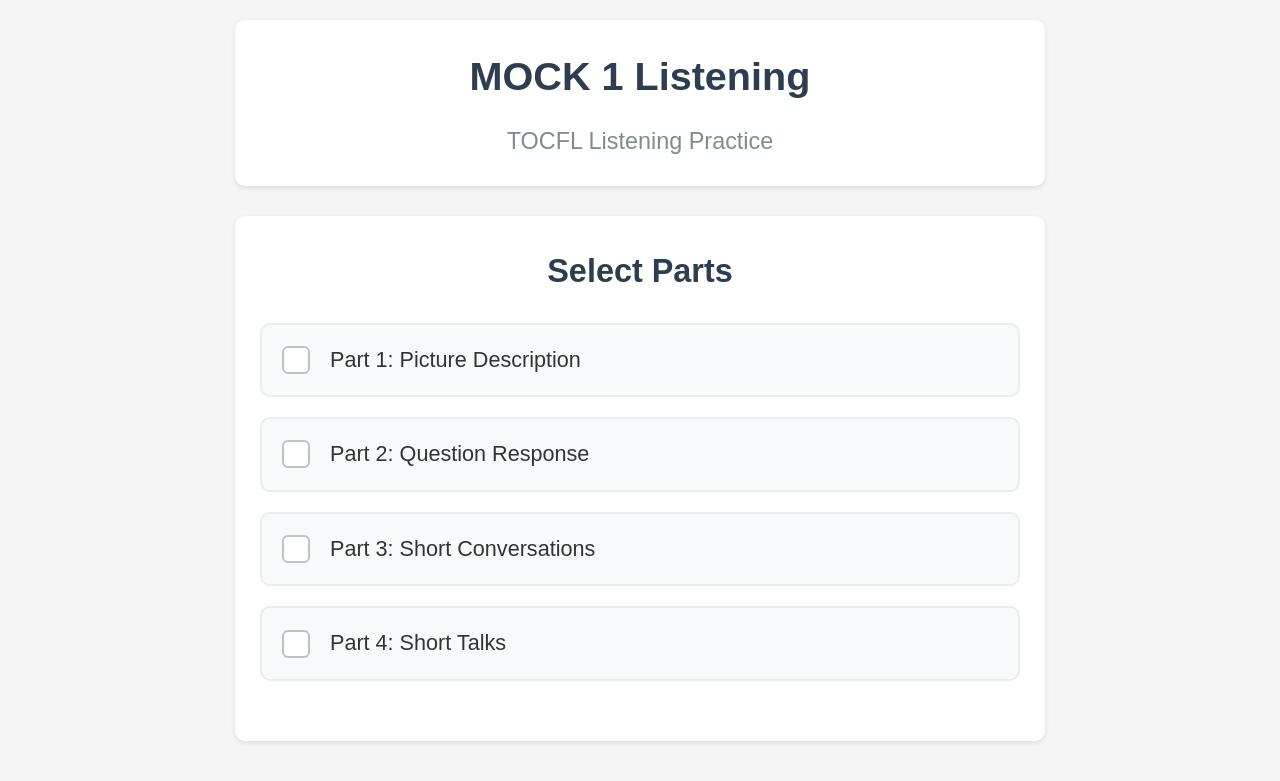
Repository: fangdongyzu/tocfl-mock1-listening
Page: index.html
These files come from the project's save history. The page is drawn as it stood at one moment and after the next save; the edit follows.
The browser window is 1280 px wide. The pictures show the whole page.

Above is the page before, as saved 2025-12-25 22:58:37.

### index.html
<!doctype html>
<html lang="zh-Hant">
<head>
  <meta charset="utf-8" />
  <meta name="viewport" content="width=device-width,initial-scale=1" />
  <title>TOCFL LISTENING MOCK 1</title>
  <link rel="stylesheet" href="styles.css" />
  <!-- React + ReactDOM -->
  <script crossorigin src="https://unpkg.com/react@18/umd/react.development.js"></script>
  <script crossorigin src="https://unpkg.com/react-dom@18/umd/react-dom.development.js"></script>
  <!-- Babel for JSX in the browser (for quick demo) -->
  <script src="https://unpkg.com/@babel/standalone/babel.min.js"></script>
</head>
<body>
  <div id="root"></div>

  <!-- Data, CSS and App scripts -->
  <script src="data.js"></script>
  <script type="text/babel" src="app.js"></script>
</body>
</html>

### styles.css
/* --- Core Layout from style_format.css --- */
* {
    margin: 0;
    padding: 0;
    box-sizing: border-box;
}

body {
    font-family: 'Microsoft JhengHei', '微軟正黑體', Arial, sans-serif;
    line-height: 1.6;
    color: #333;
    background-color: #f5f5f5;
    font-size: 18px;
}

.container {
    max-width: 850px;
    margin: 0 auto;
    padding: 20px;
}

header {
    text-align: center;
    margin-bottom: 30px;
    background: white;
    padding: 25px 20px;
    border-radius: 10px;
    box-shadow: 0 2px 5px rgba(0, 0, 0, 0.1);
}

header h1 {
    color: #2c3e50;
    margin-bottom: 15px;
    font-size: 2.2em;
}

header p {
    color: #7f8c8d;
    font-size: 1.3em;
}

/* Part Selection */
.part-selection {
    background: white;
    padding: 30px 25px;
    border-radius: 10px;
    box-shadow: 0 2px 5px rgba(0, 0, 0, 0.1);
    margin-bottom: 20px;
}

.part-selection h2 {
    text-align: center;
    margin-bottom: 25px;
    color: #2c3e50;
    font-size: 1.8em;
}

.part-checkboxes {
    display: flex;
    flex-direction: column;
    gap: 20px;
    margin-bottom: 30px;
}

.part-checkbox {
    display: flex;
    align-items: center;
    padding: 18px 20px;
    background: #f8f9fa;
    border: 2px solid #e9ecef;
    border-radius: 10px;
    cursor: pointer;
    transition: all 0.3s;
    font-size: 1.2em;
    min-height: 70px;
}

.part-checkbox:hover {
    background: #e9ecef;
    border-color: #3498db;
}

.part-checkbox input[type="checkbox"] {
    display: none;
}

.checkmark {
    width: 28px;
    height: 28px;
    border: 2px solid #bdc3c7;
    border-radius: 6px;
    margin-right: 20px;
    position: relative;
    transition: all 0.3s;
    background: white;
}

.part-checkbox input[type="checkbox"]:checked+.checkmark {
    background: #3498db;
    border-color: #3498db;
}

.part-checkbox input[type="checkbox"]:checked+.checkmark::after {
    content: '✓';
    position: absolute;
    color: white;
    font-size: 18px;
    font-weight: bold;
    top: 50%;
    left: 50%;
    transform: translate(-50%, -50%);
}

.part-checkbox input[type="checkbox"]:checked~span {
    font-weight: bold;
    color: #2c3e50;
}

.start-btn {
    width: 100%;
    padding: 20px;
    background: #27ae60;
    color: white;
    border: none;
    border-radius: 8px;
    cursor: pointer;
    font-size: 1.4em;
    font-weight: bold;
    transition: background 0.3s;
    min-height: 60px;
}

.start-btn:hover {
    background: #229954;
}

/* Quiz Container */
.quiz-container {
    background: white;
    padding: 25px;
    border-radius: 10px;
    box-shadow: 0 2px 5px rgba(0, 0, 0, 0.1);
}

/* Question Item */
.question-item {
    margin-bottom: 25px;
    padding: 25px;
    border: 1px solid #e1e8ed;
    border-radius: 10px;
    background: white;
    box-shadow: 0 1px 3px rgba(0, 0, 0, 0.1);
}

.question-text {
    font-size: 1.3em;
    margin-bottom: 20px;
    font-weight: bold;
    color: #2c3e50;
    line-height: 1.6;
}

.question-image {
    text-align: center;
    margin: 15px 0;
    background: #f8f9fa;
    padding: 12px;
    border-radius: 8px;
    border: 1px solid #e9ecef;
}

.question-image img {
    max-width: 100%;
    height: auto;
    max-height: 500px;
    object-fit: contain;
    background: white;
    border: 2px solid #bdc3c7;
    border-radius: 8px;
    display: block;
    margin: 0 auto;
}

/* Options */
.options {
    display: grid;
    gap: 12px;
    margin-top: 20px;
}

.option {
    display: flex;
    align-items: center;
    padding: 18px 20px;
    background: white;
    border: 2px solid #bdc3c7;
    border-radius: 8px;
    cursor: pointer;
    transition: all 0.3s;
    min-height: 60px;
}

.option:hover {
    background: #ecf0f1;
    border-color: #3498db;
}

.option.selected {
    background: #3498db;
    color: white;
    border-color: #2980b9;
}

.option-letter {
    width: 32px;
    height: 32px;
    border: 2px solid #3498db;
    border-radius: 50%;
    display: flex;
    align-items: center;
    justify-content: center;
    margin-right: 15px;
    font-weight: bold;
    color: #3498db;
    background: white;
    transition: all 0.3s;
    font-size: 1.1em;
}

.option.selected .option-letter {
    background: white;
    color: #3498db;
}

.option-text {
    flex: 1;
    font-size: 1.2em;
}

/* Audio Player Custom Styling */
.audio-wrapper {
    margin: 15px 0;
    padding: 15px;
    background: #f1f3f5;
    border-radius: 8px;
}

.audio-progress-container {
    width: 100%;
    height: 13px;
    background-color: #bdc3c7;
    border-radius: 4px;
    cursor: pointer;
    margin-bottom: 12px;
    position: relative;
}

.audio-progress-container:hover {
    background-color: #aeb6bf;
}

.audio-progress-fill {
    height: 100%;
    background-color: #3498db;
    border-radius: 4px;
    width: 0%;
    transition: width 0.1s linear;
    pointer-events: none;
}

.audio-controls {
    display: flex;
    align-items: center;
    gap: 10px;
    flex-wrap: wrap;
}

.audio-btn {
    padding: 8px 12px;
    border: 1px solid #d1d5db;
    border-radius: 6px;
    background: white;
    cursor: pointer;
    font-size: 1.3em;
}

.audio-btn:hover {
    background: #e9ecef;
}

/* Transcript */
.transcript-btn {
    margin-top: 10px;
    background: transparent;
    border: 1px solid #bdc3c7;
    padding: 8px 15px;
    border-radius: 5px;
    cursor: pointer;
    color: #7f8c8d;
    font-size: 1.3em;
}

.transcript-btn:hover {
    background: #ecf0f1;
    color: #2c3e50;
}

.transcript-content {
    background: #fff8dc;
    padding: 15px;
    border-radius: 6px;
    margin-top: 10px;
    font-size: 1.38em;
    /* Increased size for better readability */
    white-space: pre-line;
    border-left: 4px solid #f1c40f;
    line-height: 1.6;
}

/* Modal / Results */
.modal {
    position: fixed;
    inset: 0;
    display: flex;
    align-items: center;
    justify-content: center;
    background: rgba(0, 0, 0, 0.6);
    z-index: 1000;
}

.modal-content {
    background: white;
    padding: 30px;
    border-radius: 10px;
    max-width: 800px;
    width: 90%;
    max-height: 85vh;
    overflow-y: auto;
    box-shadow: 0 5px 15px rgba(0, 0, 0, 0.3);
}

.modal-buttons {
    display: flex;
    gap: 10px;
    margin: 20px 0;
    flex-wrap: wrap;
}

.result-item {
    padding: 15px;
    margin: 10px 0;
    border-radius: 8px;
    border-left: 4px solid #bdc3c7;
    background: #f8f9fa;
    font-size: 1em;
}

.result-filter-btn {
    padding: 10px 20px;
    border: none;
    border-radius: 5px;
    cursor: pointer;
    background: #ecf0f1;
    color: #2c3e50;
    font-weight: bold;
    font-size: 0.9em;
}

.result-filter-btn:hover {
    background: #bdc3c7;
}

.result-filter-btn.active {
    background: #3498db;
    color: white;
}

.submit-btn {
    width: 100%;
    padding: 20px;
    background: #2980b9;
    color: white;
    border: none;
    border-radius: 8px;
    cursor: pointer;
    font-size: 1.13em;
    font-weight: bold;
    margin-top: 20px;
    transition: background 0.3s;
}

.submit-btn:hover {
    background: #2471a3;
}

/* Responsive */
@media (max-width: 768px) {
    .container {
        padding: 10px;
    }

    .part-checkbox {
        min-height: 60px;
        font-size: 1em;
    }

    .option {
        min-height: 50px;
    }

    .option-text {
        font-size: 1em;
    }
}

### app.js
// Global audio reference
let currentAudio = null;

const PART_NAMES = {
  1: "Part 1: Picture Description",
  2: "Part 2: Question Response",
  3: "Part 3: Short Conversations",
  4: "Part 4: Short Talks"
};

function AudioPlayer({ src }) {
  const audioRef = React.useRef(null);
  const progressRef = React.useRef(null);
  const [duration, setDuration] = React.useState(0);
  const [time, setTime] = React.useState(0);
  const [isPlaying, setIsPlaying] = React.useState(false);

  React.useEffect(() => {
    const a = audioRef.current;
    if (!a) return;

    const onLoaded = () => setDuration(a.duration || 0);
    const onTime = () => setTime(a.currentTime || 0);
    const onPlay = () => {
      if (currentAudio && currentAudio !== a) {
        currentAudio.pause();
        currentAudio.currentTime = 0;
      }
      currentAudio = a;
      setIsPlaying(true);
    };
    const onPause = () => setIsPlaying(false);
    const onEnded = () => setIsPlaying(false);

    a.addEventListener("loadedmetadata", onLoaded);
    a.addEventListener("timeupdate", onTime);
    a.addEventListener("play", onPlay);
    a.addEventListener("pause", onPause);
    a.addEventListener("ended", onEnded);

    return () => {
      a.removeEventListener("loadedmetadata", onLoaded);
      a.removeEventListener("timeupdate", onTime);
      a.removeEventListener("play", onPlay);
      a.removeEventListener("pause", onPause);
      a.removeEventListener("ended", onEnded);
    };
  }, [src]);

  const seek = (seconds) => {
    const a = audioRef.current;
    if (!a) return;
    const target = Math.max(0, Math.min(a.duration || 0, a.currentTime + seconds));
    a.currentTime = target;
  };

  const handleProgressClick = (e) => {
    const a = audioRef.current;
    if (!a || !duration) return;

    const rect = progressRef.current.getBoundingClientRect();
    const x = e.clientX - rect.left;
    const width = rect.width;
    const percent = Math.max(0, Math.min(1, x / width));

    a.currentTime = percent * duration;
  };

  const togglePlayPause = () => {
    const a = audioRef.current;
    if (!a) return;
    if (isPlaying) {
      a.pause();
    } else {
      if (currentAudio && currentAudio !== a) {
        currentAudio.pause();
        currentAudio.currentTime = 0;
      }
      a.play();
    }
  };

  const progressPercent = duration ? (time / duration) * 100 : 0;

  return (
    <div className="audio-wrapper">
      <audio ref={audioRef} src={src} style={{ width: "100%" }} />

      <div
        className="audio-progress-container"
        ref={progressRef}
        onClick={handleProgressClick}
        title="Click to seek"
      >
        <div
          className="audio-progress-fill"
          style={{ width: `${progressPercent}%` }}
        ></div>
      </div>

      <div className="audio-controls">
        <button className="audio-btn" onClick={() => seek(-5)}>⏪ -5s</button>
        <button className="audio-btn" onClick={togglePlayPause}>
          {isPlaying ? "⏸ Pause" : "▶ Play"}
        </button>
        <button className="audio-btn" onClick={() => seek(5)}>+5s ⏩</button>
        <span style={{ marginLeft: "auto", fontSize: "0.9em", color: "#666" }}>
          {Math.floor(time)} / {Math.floor(duration)} s
        </span>
      </div>
    </div>
  );
}

function QuizApp() {
  const [selectedParts, setSelectedParts] = React.useState([]);
  const [currentPartIndex, setCurrentPartIndex] = React.useState(0);
  const [answers, setAnswers] = React.useState({});
  const [submitted, setSubmitted] = React.useState(false);
  const [score, setScore] = React.useState(0);
  const [submittedTime, setSubmittedTime] = React.useState(null);

  // Controls visibility of questions vs selection panel
  const [started, setStarted] = React.useState(false);

  const [showModal, setShowModal] = React.useState(false);
  const [filterType, setFilterType] = React.useState('all');
  const [showTranscript, setShowTranscript] = React.useState({});

  const allParts = Array.from(new Set(quizData.map(q => q.part))).sort((a,b)=>a-b);

  const sortedSelectedParts = React.useMemo(() => {
    return [...selectedParts].sort((a, b) => a - b);
  }, [selectedParts]);

  const allSelectedQuestions = React.useMemo(() => {
     return sortedSelectedParts.length === 0
      ? []
      : quizData.filter(q => sortedSelectedParts.includes(q.part));
  }, [sortedSelectedParts]);

  const currentPartQuestions = React.useMemo(() => {
    if (sortedSelectedParts.length === 0) return [];
    const activePart = sortedSelectedParts[currentPartIndex];
    return quizData.filter(q => q.part === activePart);
  }, [sortedSelectedParts, currentPartIndex]);

  // Scroll to questions when practice starts OR part changes
  React.useEffect(() => {
    if (started) {
      setTimeout(() => {
        const el = document.getElementById('quiz-area');
        if (el) {
          // behavior: 'auto' ensures an instant jump (no animation) to the top
          el.scrollIntoView({ behavior: 'auto', block: 'start' });
        }
      }, 0);
    }
  }, [started, currentPartIndex]);

  const handlePartToggle = (part) => {
    setSelectedParts(prev =>
      prev.includes(part) ? prev.filter(p => p !== part) : [...prev, part]
    );
    setAnswers({});
    setSubmitted(false);
    setStarted(false);
    setCurrentPartIndex(0);
  };

  const handleChange = (qId, option) => {
    if (submitted) return;
    setAnswers(prev => ({ ...prev, [qId]: option }));
  };

  const handleNextPart = () => {
      // Pause audio before moving
      if (currentAudio) {
          currentAudio.pause();
          currentAudio.currentTime = 0;
      }
      setCurrentPartIndex(prev => prev + 1);
  };

  const handleSubmit = () => {
    if (allSelectedQuestions.length === 0) {
      alert("Please choose the part(s) that you want to practice!");
      return;
    }

    if (!window.confirm("Are you sure you want to submit?")) return;

    let newScore = 0;
    allSelectedQuestions.forEach(q => {
      const selected = answers[q.id];
      if (selected && selected[1] === q.answer) newScore++;
    });

    setScore(newScore);
    setSubmittedTime(new Date().toLocaleString());
    setSubmitted(true);
    setShowModal(true);
  };

  const getFilteredResults = () => {
    const source = allSelectedQuestions;
    switch(filterType) {
      case 'correct':
        return source.filter(q => answers[q.id] && answers[q.id][1] === q.answer);
      case 'wrong':
        return source.filter(q => answers[q.id] && answers[q.id][1] !== q.answer);
      case 'unanswered':
        return source.filter(q => !answers[q.id]);
      default:
        return source;
    }
  };

  const renderResultItem = (q) => {
    const selected = answers[q.id];
    const isCorrect = selected && selected[1] === q.answer;
    const isUnanswered = !selected;

    let statusColor = isCorrect ? '#d5f4e6' : (isUnanswered ? '#f4f6f6' : '#fadbd8');
    let borderColor = isCorrect ? '#27ae60' : (isUnanswered ? '#95a5a6' : '#e74c3c');

    return (
      <div key={q.id} className="result-item" style={{ backgroundColor: statusColor, borderLeftColor: borderColor }}>
        <p><strong>{q.id}.</strong> {q.question}</p>
        <p>
           {isCorrect && "✅ Correct"}
           {isUnanswered && "⚠️ Unanswered"}
           {!isCorrect && !isUnanswered && `❌ Your Answer: ${selected}`}
        </p>
        {!isCorrect && <p><strong>Correct Answer:</strong> {q.answer}</p>}
        {q.remark && <p style={{ marginTop: 5, fontSize: '0.9em', color: '#555' }}>💡 {q.remark}</p>}
      </div>
    );
  };

  const isLastPart = currentPartIndex === sortedSelectedParts.length - 1;

  return (
    <div className="container">
      <header>
        <h1>MOCK 1 Listening</h1>
        <p>TOCFL Listening Practice</p>
      </header>

      {!submitted && !started && (
        <div className="part-selection">
          <h2>Select Parts</h2>
          <div className="part-checkboxes">
            {allParts.map(part => (
              <label key={part} className="part-checkbox">
                <input
                  type="checkbox"
                  checked={selectedParts.includes(part)}
                  onChange={() => handlePartToggle(part)}
                />
                <span className="checkmark"></span>
                <span>{PART_NAMES[part]}</span>
              </label>
            ))}
          </div>

          {selectedParts.length > 0 && (
             <button className="start-btn" onClick={() => setStarted(true)}>
               Start Practice
             </button>
          )}
        </div>
      )}

      {started && !submitted && (
        <div id="quiz-area" className="quiz-container">

          <h2 className="current-part-header">
            {PART_NAMES[sortedSelectedParts[currentPartIndex]]}
          </h2>

          {currentPartQuestions.map(q => (
            <div key={q.id} className="question-item">
              <div className="question-text">
                {q.id}. {q.question}
              </div>

              {q.image && (
                <div className="question-image">
                   <img src={q.image} alt={`Question ${q.id}`} />
                </div>
              )}

              <AudioPlayer src={q.audio} />

              <div className="options">
                {q.options.map((opt, idx) => {
                  const isSelected = answers[q.id] === opt;
                  return (
                    <div
                      key={opt}
                      className={`option ${isSelected ? 'selected' : ''}`}
                      onClick={() => handleChange(q.id, opt)}
                    >
                      <div className="option-text">{opt}</div>
                    </div>
                  );
                })}
              </div>

              <div style={{ marginTop: 15 }}>
                <button
                  className="transcript-btn"
                  onClick={() => setShowTranscript(prev => ({ ...prev, [q.id]: !prev[q.id] }))}
                >
                  {showTranscript[q.id] ? 'Hide Transcript' : 'Show Transcript'}
                </button>
                {showTranscript[q.id] && (
                  <div className="transcript-content">{q.transcript}</div>
                )}
              </div>
            </div>
          ))}

          <div className="quiz-footer">
            {!isLastPart ? (
               <button className="nav-btn next-part-btn" onClick={handleNextPart}>
                 Next Part
               </button>
            ) : (
               <button className="submit-btn" onClick={handleSubmit}>
                 Submit Answers
               </button>
            )}
          </div>
        </div>
      )}

      {showModal && (
        <div className="modal">
          <div className="modal-content">
            <h2 style={{ textAlign: 'center', marginBottom: 20 }}>Results</h2>

            <div style={{ textAlign: 'center', padding: 20, background: '#f8f9fa', borderRadius: 10, marginBottom: 20 }}>
               <h3 style={{ fontSize: '2em', color: '#27ae60' }}>{score} / {allSelectedQuestions.length}</h3>
               <p style={{ color: '#7f8c8d' }}>Submitted: {submittedTime}</p>
            </div>

            <div className="modal-buttons" style={{ justifyContent: 'center' }}>
              <button
                className={`result-filter-btn ${filterType === 'all' ? 'active' : ''}`}
                onClick={() => setFilterType('all')}
              >
                All
              </button>
              <button
                className={`result-filter-btn ${filterType === 'correct' ? 'active' : ''}`}
                onClick={() => setFilterType('correct')}
              >
                Correct
              </button>
              <button
                className={`result-filter-btn ${filterType === 'wrong' ? 'active' : ''}`}
                onClick={() => setFilterType('wrong')}
              >
                Wrong
              </button>
              <button
                className={`result-filter-btn ${filterType === 'unanswered' ? 'active' : ''}`}
                onClick={() => setFilterType('unanswered')}
              >
                Unanswered
              </button>
            </div>

            <div className="results-list">
               {getFilteredResults().length === 0 ? (
                 <p style={{ textAlign: 'center', padding: 20 }}>No questions found for this filter.</p>
               ) : (
                 getFilteredResults().map(renderResultItem)
               )}
            </div>

            <div className="modal-buttons" style={{ justifyContent: 'center', marginTop: 30, borderTop: '1px solid #eee', paddingTop: 20 }}>
              {/* Retake Test */}
              <button className="submit-btn" style={{ background: '#e67e22', marginBottom: '10px' }} onClick={() => window.location.reload()}>
                Retake Test
              </button>
              {/* Go to Home Page */}
              <button className="submit-btn" style={{ background: '#7f8c8d' }} onClick={() => window.location.href = "https://fangdongyzu.github.io/tocflmock/"}>
                Go to Home Page
              </button>
            </div>
          </div>
        </div>
      )}
    </div>
  );
}

ReactDOM.createRoot(document.getElementById('root')).render(<QuizApp />);

Loaded but not shown: data.js (552 lines, source omitted)

After the next save:
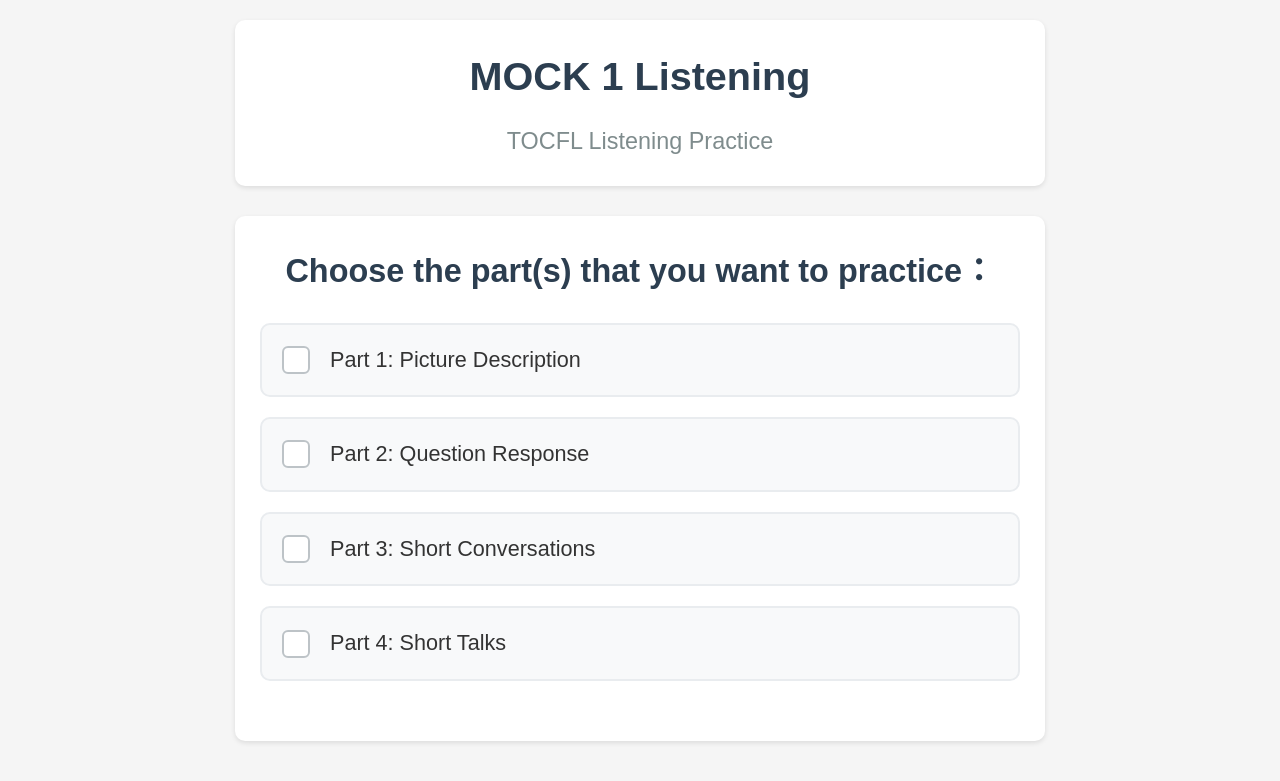
Saved 102 min 28 s later.
--- a/app.js
+++ b/app.js
@@ -249,7 +249,7 @@
 
       {!submitted && !started && (
         <div className="part-selection">
-          <h2>Select Parts</h2>
+          <h2>Choose the part(s) that you want to practice：</h2>
           <div className="part-checkboxes">
             {allParts.map(part => (
               <label key={part} className="part-checkbox">
